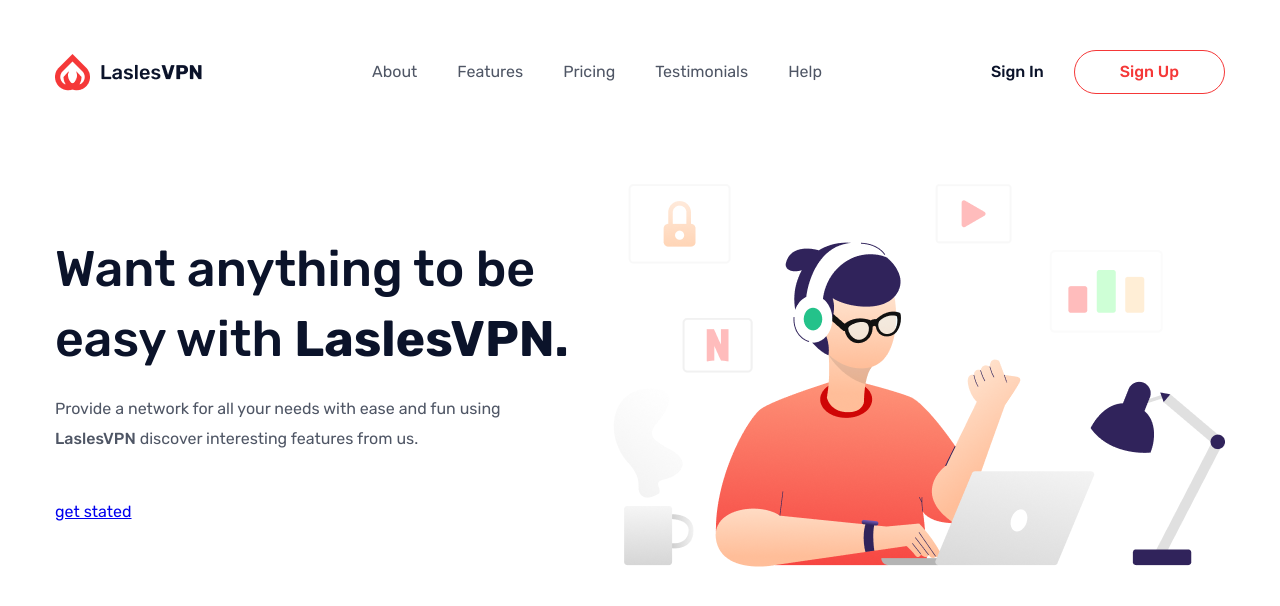
Repository: longvuht/lasles-VPN-vu
Page: index.html
An editor plug-in stored every save of this project. The page is shown before and after a run of saves, followed by the edit.
The browser window is 1280 px wide. The pictures show the whole page.
The style sheet was rebuilt from its Sass, Less or Tailwind sources for each picture, by a compiler version that may differ from the author's.

Above is the page before, as saved 2022-09-10 16:28:38.

### index.html
<!DOCTYPE html>
<html lang="en">
  <head>
    <meta charset="UTF-8" />
    <meta name="viewport" content="width=device-width, initial-scale=1.0" />
    <title>lasles vpn vu</title>
    <link rel="preconnect" href="https://fonts.googleapis.com" />
    <link rel="preconnect" href="https://fonts.gstatic.com" crossorigin />
    <link
      href="https://fonts.googleapis.com/css2?family=Rubik:wght@400;500;700&display=swap"
      rel="stylesheet"
    />
    <link rel="stylesheet" href="./css/style.css" />
  </head>
  <body>
    <div class="wrapper">
      <header class="header">
        <div class="container">
          <div class="header-container">
            <img
              src="./img/header-logo.png"
              alt="header logo"
              class="header-logo"
            />
            <ul class="menu">
              <li class="menu-item">
                <a href="#" class="menu-link">About</a>
              </li>
              <li class="menu-item">
                <a href="#" class="menu-link">Features</a>
              </li>
              <li class="menu-item">
                <a href="#" class="menu-link">Pricing</a>
              </li>
              <li class="menu-item">
                <a href="#" class="menu-link">Testimonials</a>
              </li>
              <li class="menu-item">
                <a href="#" class="menu-link">Help</a>
              </li>
            </ul>
            <div class="header-auth">
              <a href="#none" class="header-signin">sign in</a>
              <a href="#none" class="header-signup">sign up</a>
            </div>
          </div>
        </div>
      </header>
      <main>
        <section class="hero">
          <div class="container">
            <div class="hero-container">
              <div class="hero-content">
                <h1 class="hero-heading">
                  Want anything to be easy with <strong>LaslesVPN.</strong>
                </h1>
                <p class="hero-desc">
                  Provide a network for all your needs with ease and fun using
                  <strong>LaslesVPN</strong> discover interesting features from
                  us.
                </p>
                <a href="#" class="button button--primary">get stated</a>
              </div>
              <div class="hero-image">
                <img src="./img/hero-img.png" alt="hero image" />
              </div>
            </div>
          </div>
        </section>
      </main>
    </div>
  </body>
</html>

### sass/app.scss
@import "reset";
@import "variables";
@import "global";
@import "header";
@import "hero";

### sass/_variables.scss
$font: "Rubik", sans-serif;
$text-color: #4f5665;
$heading-color: #0b132a;
$primary-color: #f53838;
$grey-color: #dde0e4;

### sass/_global.scss
.wrapper {
  max-width: 1440px;
  margin: 0 auto;
}
.container {
  max-width: 1170px;
  margin: 0 auto;
  padding: 0 15px;
}

body {
  line-height: 1;
  font-family: $font;
  color: $text-color;
  font-size: 16px;
  font-weight: 400;
}

### sass/_header.scss
.header {
  padding-top: 50px;
  padding-bottom: 90px;
  &-container {
    display: flex;
    justify-content: space-between;
    align-items: center;
  }
  &-auth {
    display: flex;
    align-items: center;
    gap: 0 30px;
    text-transform: capitalize;
  }
  &-signin {
    font-weight: 500;
    color: $heading-color;
    text-decoration: none;
  }
  &-signup {
    padding: 13px 45px;
    border-radius: 100rem;
    color: $primary-color;
    border: 1px solid;
    font-weight: 500;
    text-decoration: none;
  }
}

.menu {
  list-style: none;
  display: flex;
  align-items: center;
  gap: 0 40px;
  &-link {
    color: inherit;
    text-decoration: none;
  }
}

### sass/_hero.scss
.hero {
  &-container {
    display: flex;
    justify-content: space-between;
    align-items: center;
    gap: 0 40px;
  }
  &-content {
    width: 100%;
    max-width: 555px;
  }

  &-heading {
    font-size: 50px;
    font-weight: 500;
    margin-bottom: 20px;
    line-height: calc(70 / 50);
    color: $heading-color;
    strong {
      font-weight: 700;
    }
  }
  &-desc {
    line-height: calc(30 / 16);
    margin-bottom: 50px;
    strong {
      font-weight: 500;
    }
  }
}

Loaded but not shown: sass/_reset.scss (common file)

After the next 3 saves:
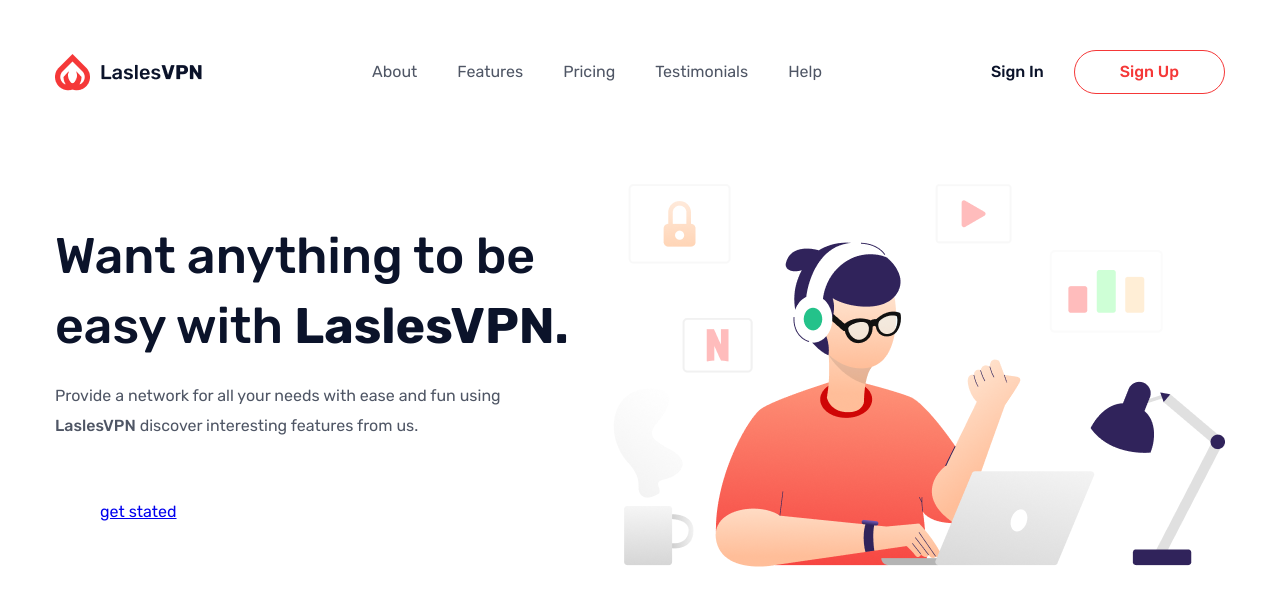
The 3 saves are shown as one change because they came seconds apart.
The last was saved 65 s later.
--- a/sass/_global.scss
+++ b/sass/_global.scss
@@ -15,3 +15,12 @@
   font-size: 16px;
   font-weight: 400;
 }
+
+.button {
+  display: inline-block;
+  padding: 13px 45px;
+  border-radius: 100rem;
+  font-family: $font;
+  line-height: 1;
+  fw: 500px;
+}
